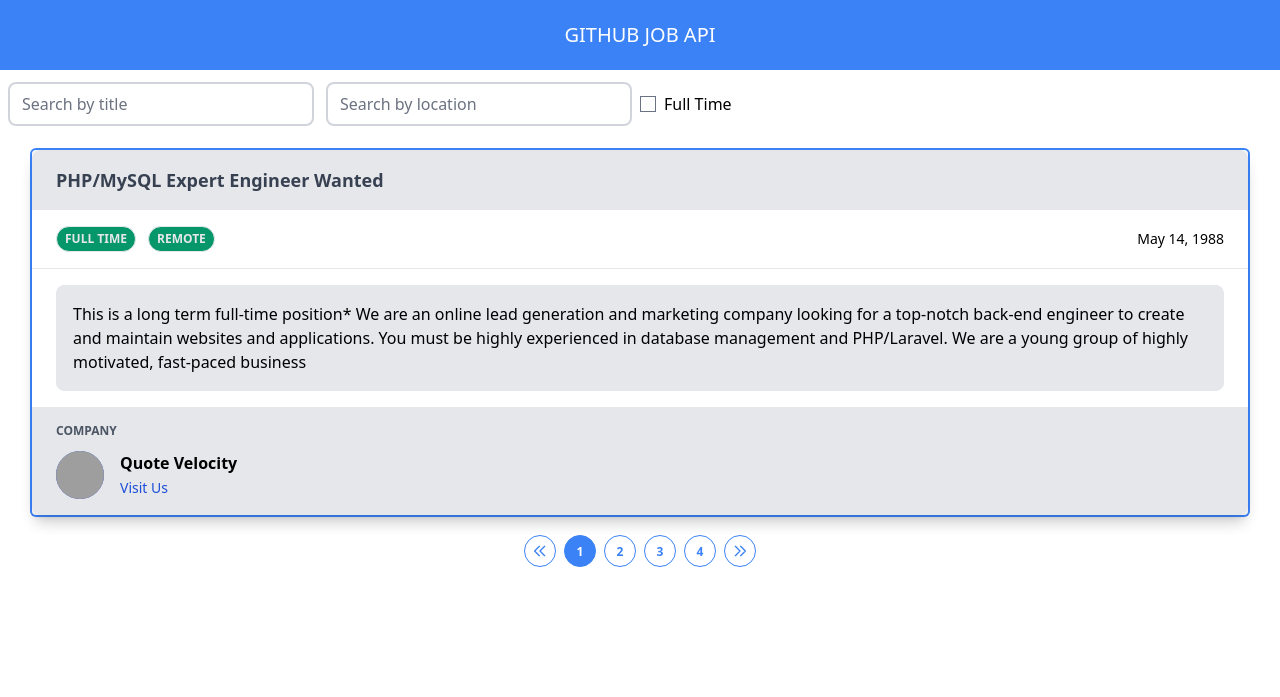
Repository: ShamroOoz/Github-job-api-React-Tailwind
Page: /
The author's editor kept a copy of each file at every save. The page is drawn from the files as they stood at one save, then again after the next save.
The browser window is 1280 px wide. The pictures show the whole page.
Pictures or frames that could not be fetched are drawn as grey boxes. The page's requests for data from a server got no answer. The project was rebuilt for these pictures with package versions that can differ from the ones it lists, and the page was loaded fresh each time. No one was signed in, and anything a server would have sent is missing. Also part of the build but not shown: craco.config.js, src/components/Spinner.js, src/components/Alert.js.

Above is the page before, as saved 2021-03-21 18:37:03.

After the next save:
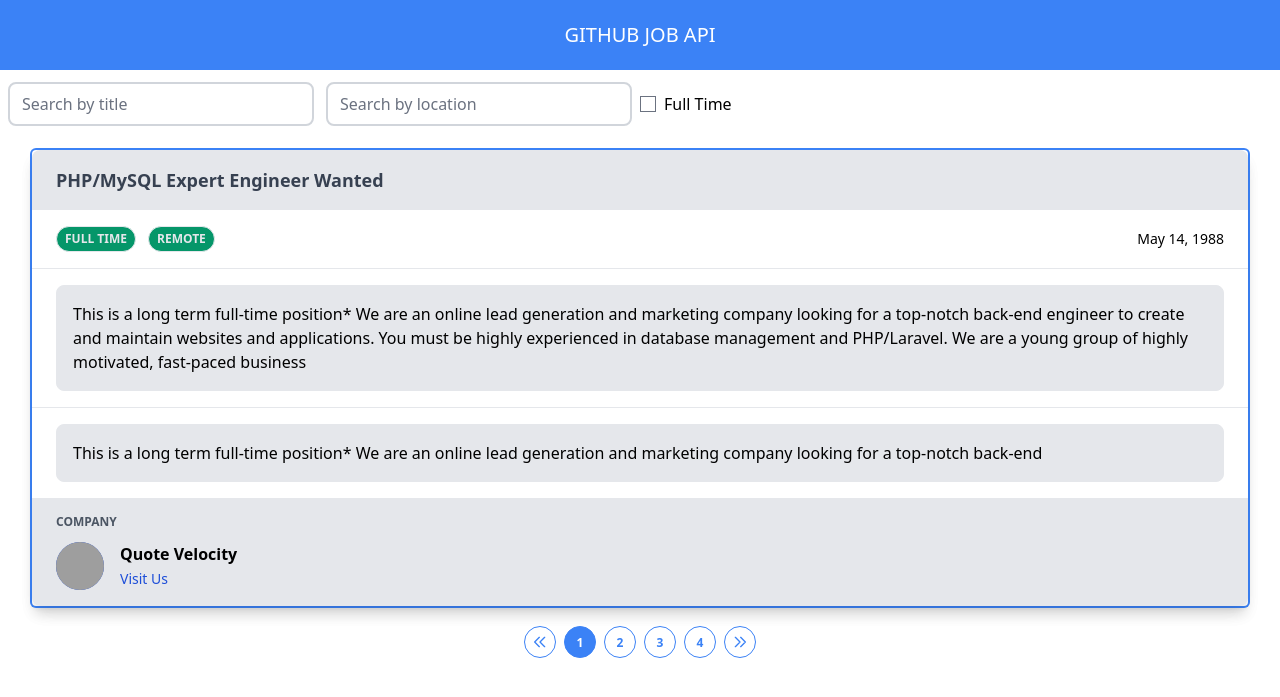
Saved 118 s later.
--- a/src/components/Reducer/Job.js
+++ b/src/components/Reducer/Job.js
@@ -28,6 +28,14 @@
               engineer to create and maintain websites and applications. You
               must be highly experienced in database management and PHP/Laravel.
               We are a young group of highly motivated, fast-paced business
+            </span>
+          </div>
+        </div>
+        <div className="px-6 py-4 border-t border-gray-200">
+          <div className="border rounded-lg p-4 bg-gray-200">
+            <span>
+              This is a long term full-time position* We are an online lead
+              generation and marketing company looking for a top-notch back-end
             </span>
           </div>
         </div>
